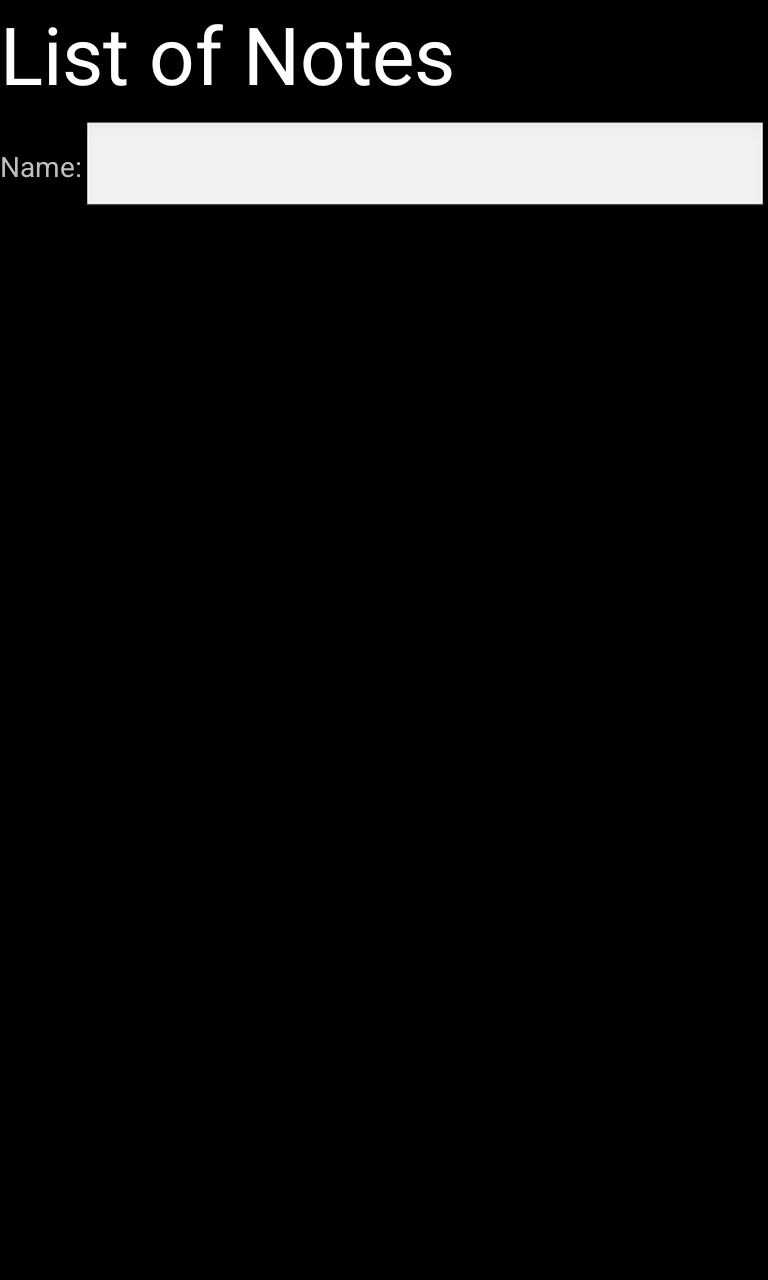
Repository: sandrapatfer/PROMPT11-10-CloudComputing.sandrapatfer
Layout: src/FinalWork/AndroidCloudNotes/AndroidCloudNotes/res/layout/tasklist_item_view.xml
These files come from the project's save history. The layout is drawn as it stood at one moment and after the next save; the edit follows.
It is drawn on a 768 x 1280 px phone screen (xhdpi) without system bars, with theme android:Theme; the app's code is not run.

Above is the layout before, as saved 2012-06-03 20:16:07.

After the next save:
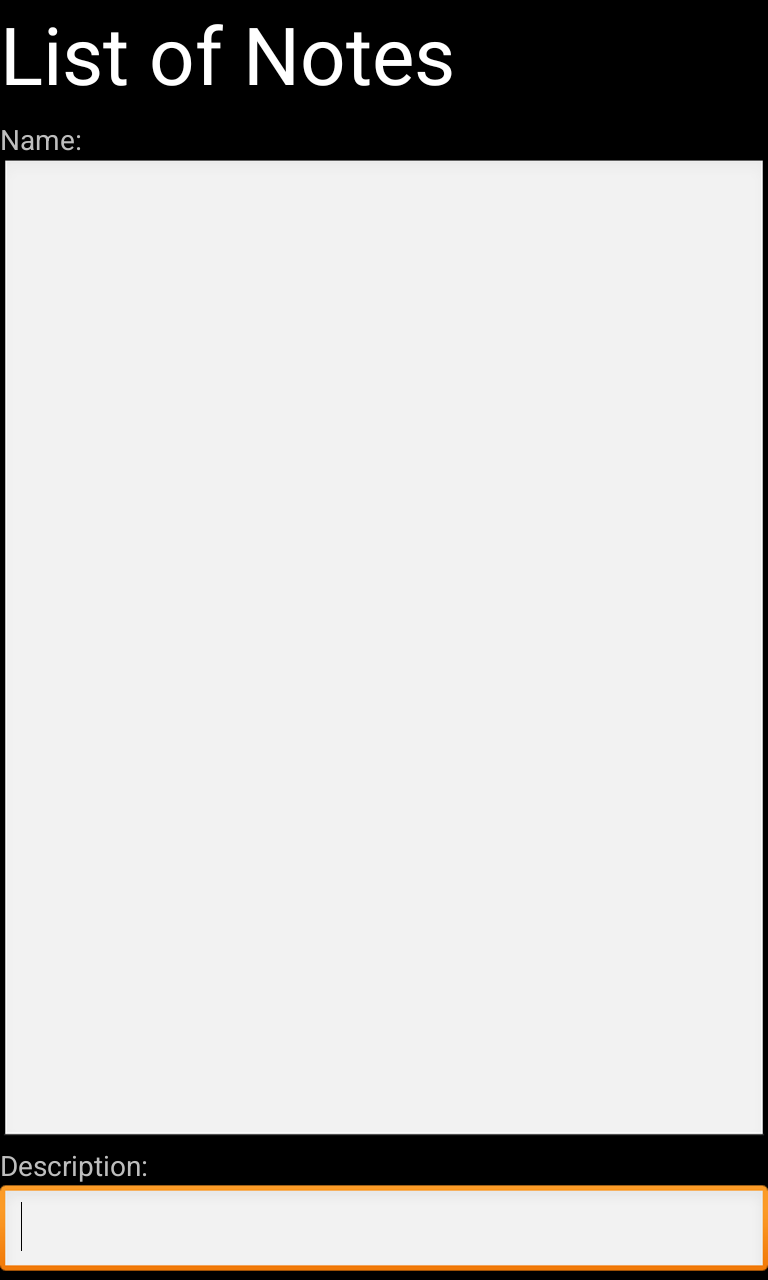
Saved 75 s later.
--- a/src/FinalWork/AndroidCloudNotes/AndroidCloudNotes/res/layout/tasklist_item_view.xml
+++ b/src/FinalWork/AndroidCloudNotes/AndroidCloudNotes/res/layout/tasklist_item_view.xml
@@ -13,23 +13,32 @@
         android:textAppearance="?android:attr/textAppearanceLarge"
         android:textSize="40dp" />
 
-    <LinearLayout
-        android:id="@+id/linearLayout1"
-        android:layout_width="match_parent"
-        android:layout_height="wrap_content" >
-
-        <TextView
-            android:id="@+id/textView2"
-            android:layout_width="wrap_content"
-            android:layout_height="wrap_content"
-            android:text="@string/name_label" />
+   <TextView
+       android:id="@+id/textView2"
+       android:layout_width="wrap_content"
+       android:layout_height="wrap_content"
+       android:text="@string/name_label" />
 
         <EditText
             android:id="@+id/editText1"
             android:layout_width="match_parent"
             android:layout_height="wrap_content"
-             />
+            android:layout_weight="1" />
 
-    </LinearLayout>
+        <TextView
+            android:id="@+id/textView3"
+            android:layout_width="wrap_content"
+            android:layout_height="wrap_content"
+            android:text="@string/description_label" />
+
+
+    <EditText
+        android:id="@+id/editText2"
+        android:layout_width="match_parent"
+        android:layout_height="wrap_content"
+        android:inputType="textMultiLine" >
+
+        <requestFocus />
+    </EditText>
 
 </LinearLayout>
